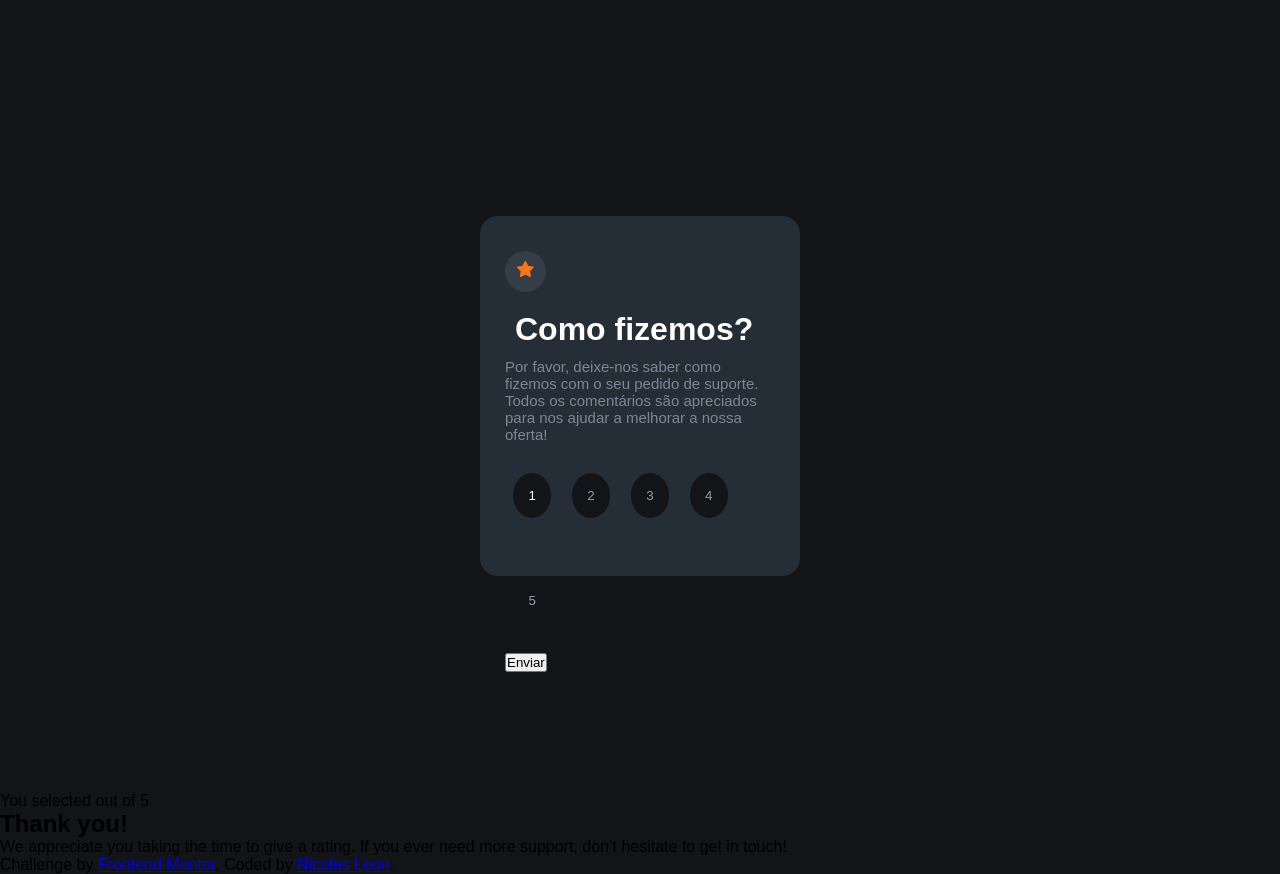
Repository: Leonngc/projeto-avaliacao
Page: index.html
These files come from the project's save history. The page is drawn as it stood at one moment and after the next save; the edit follows.
The browser window is 1280 px wide. The pictures show the whole page.
The first visible `#avaliation-btns input` is being pressed.

Above is the page before, as saved 2023-01-26 11:47:09.

### index.html
<!DOCTYPE html>
<html lang="en">
<head>
  <meta charset="UTF-8">
  <meta name="viewport" content="width=device-width, initial-scale=1.0"> <!-- displays site properly based on user's device -->

  <link rel="icon" type="image/png" sizes="32x32" href="./images/favicon-32x32.png">

  <title>Frontend Mentor | Interactive rating component</title>

  <link rel="stylesheet" href="styles/style.css">
</head>
<body>

  <!-- Rating state start -->
<form id="avaliation-form">

  <span id="icon-star">
    <img src="images/icon-star.svg" alt="">
  </span>

    <h1>Como fizemos?</h1>

    <p>
      Por favor, deixe-nos saber como fizemos com o seu pedido de suporte. Todos os comentários são apreciados
      para nos ajudar a melhorar a nossa oferta!
    </p>

    <div id="avaliation-btns">
      <input type="button" value="1" class="avaliation">
      <input type="button" value="2" class="avaliation">
      <input type="button" value="3"  class="avaliation">
      <input type="button" value="4"  class="avaliation">
      <input type="button" value="5"  class="avaliation">
    </div>

    <input type="submit" onclick="sent()" value="Enviar"></input>
</form>

  <!-- Rating state end -->

  <!-- Thank you state start -->

  <section id="result-avaliation">
    <p id="avaliacao-user">You selected <!-- Add rating here --> out of 5</p>
    <h1>Thank you!</h1>
    <p>
      We appreciate you taking the time to give a rating. If you ever need more support,
      don’t hesitate to get in touch!
    </p>
  </section>

  <!-- Thank you state end -->


  <div class="attribution">
    Challenge by <a href="https://www.frontendmentor.io?ref=challenge" target="_blank">Frontend Mentor</a>.
    Coded by <a href="#">Nicolas Leon</a>.
  </div>
</body>
</html>

### styles/style.css

:root{
    --very-dark-blue:hsl(216, 12%, 8%);
    --dark-blue:hsl(213, 19%, 18%);
    --medium-grey: hsl(216, 12%, 54%);
    --light-grey:hsl(217, 12%, 63%);
}

*{
    margin: 0;
    padding: 0;
    box-sizing: border-box;
}

body{
    background-color:var(--very-dark-blue);
    font-family: Arial, Helvetica, sans-serif
}
span{
    background-color: rgba(255, 255, 255, 0.074);
    padding: 12px;
    border-radius: 50%;
    text-align: center;
}

span > img{
    margin-top: 20px;
}

#avaliation-form{
    background-color:var(--dark-blue);
    width: 25vw;
    height: 50vh;
    padding: 25px;
    margin: 30vh auto;
    color: white;
    border-radius: 18px;
}

#avaliation-form > h1{
    padding: 10px;
    margin-top: 20px;
}

#avaliation-form > p{
    color:var(--medium-grey);
    font-size: 15px;
}

.avaliation{
    margin: 30px 8px;
    border-radius: 66%;
    padding: 15px;
    border: none;
    background-color: var(--very-dark-blue);
    color: var(--light-grey);
    width: 3vw;
    cursor: pointer;
}

#avaliation-btns input:hover{
    background-color: hsl(25, 97%, 53%);
    color:white;
}
#avaliation-btns input:active{
    background-color: var(--very-dark-blue);
}

After the next save:
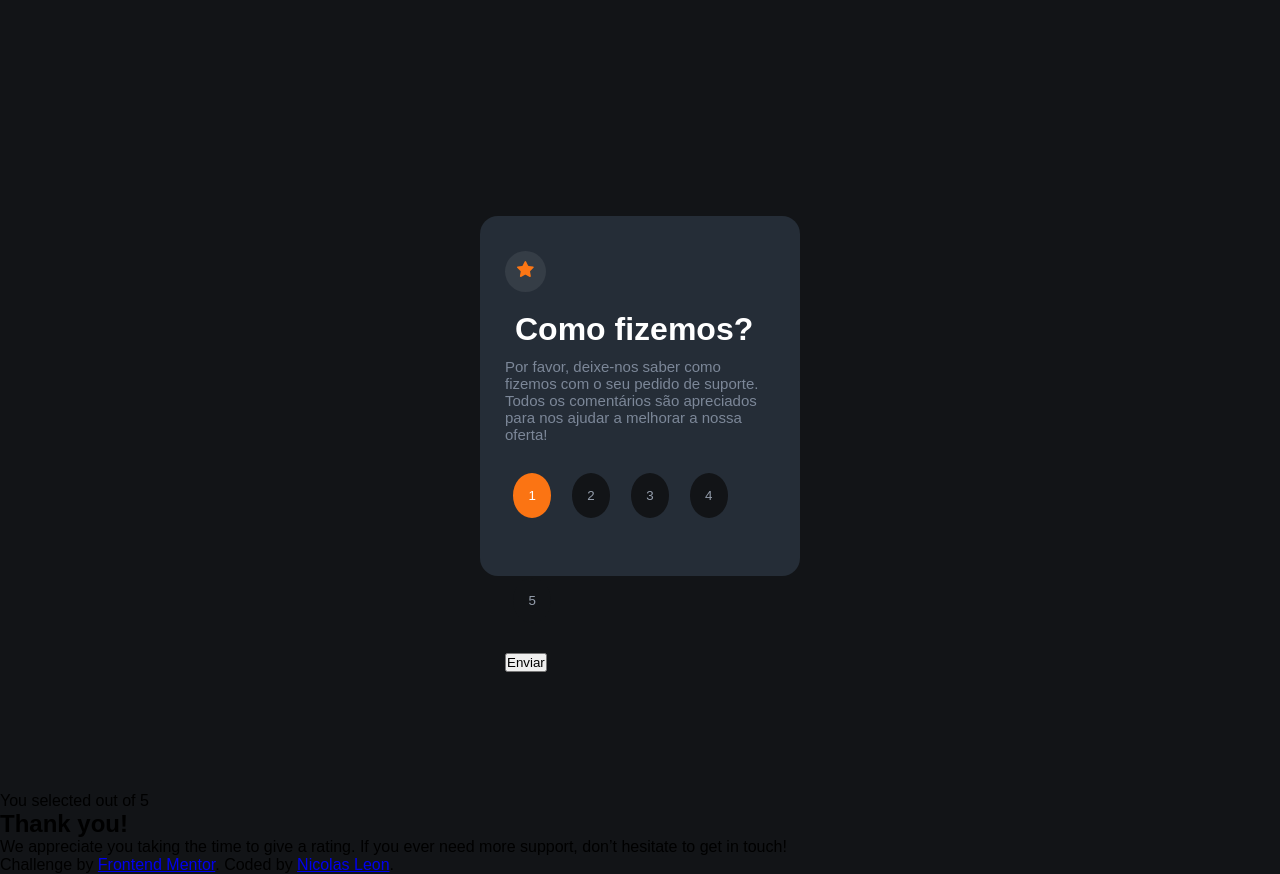
Saved 16 s later.
--- a/styles/style.css
+++ b/styles/style.css
@@ -63,5 +63,5 @@ span > img{
     color:white;
 }
 #avaliation-btns input:active{
-    background-color: var(--very-dark-blue);
+    background-color: var(--light-grey;
 }
